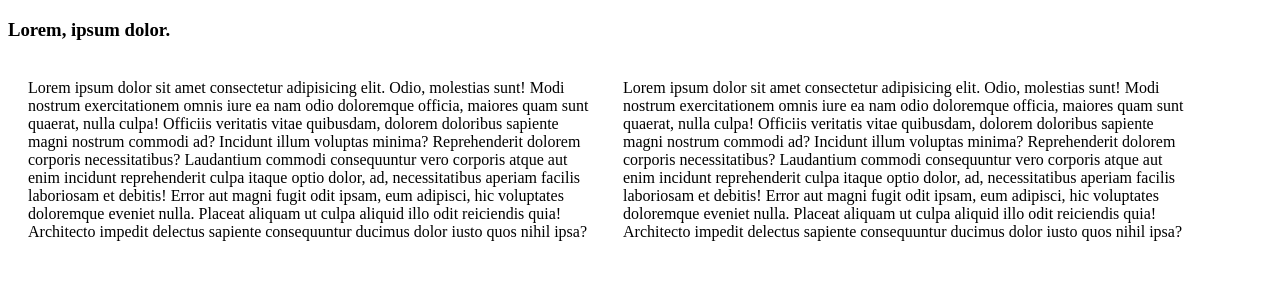
Repository: dinhhaidh/slider-book
Page: index.html
An editor plug-in stored every save of this project. The page is shown before and after the next save, followed by the edit.
The browser window is 1280 px wide. The pictures show the whole page.

Above is the page before, as saved 2024-01-15 09:35:15.

After the next save:
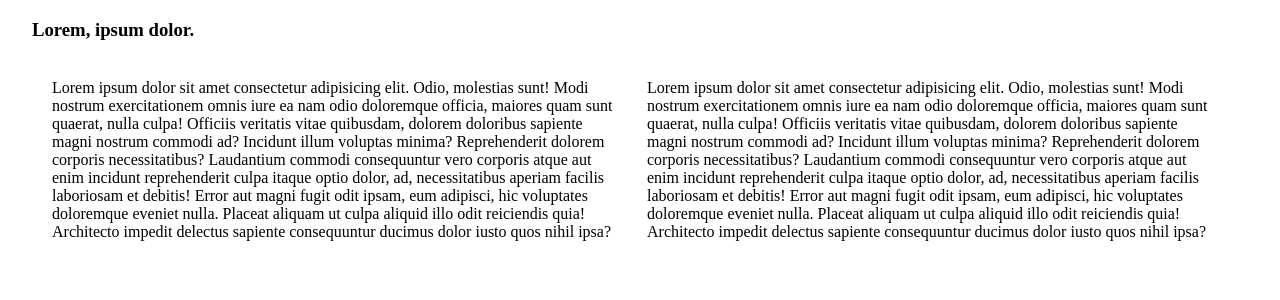
Saved 5 s later.
--- a/index.html
+++ b/index.html
@@ -8,7 +8,7 @@
 <style>
     .container{
         max-width: 1200px;
-        margin-inl
+        margin-inline: 1.5rem;
     }
     .content{
         columns: 200px 2;
